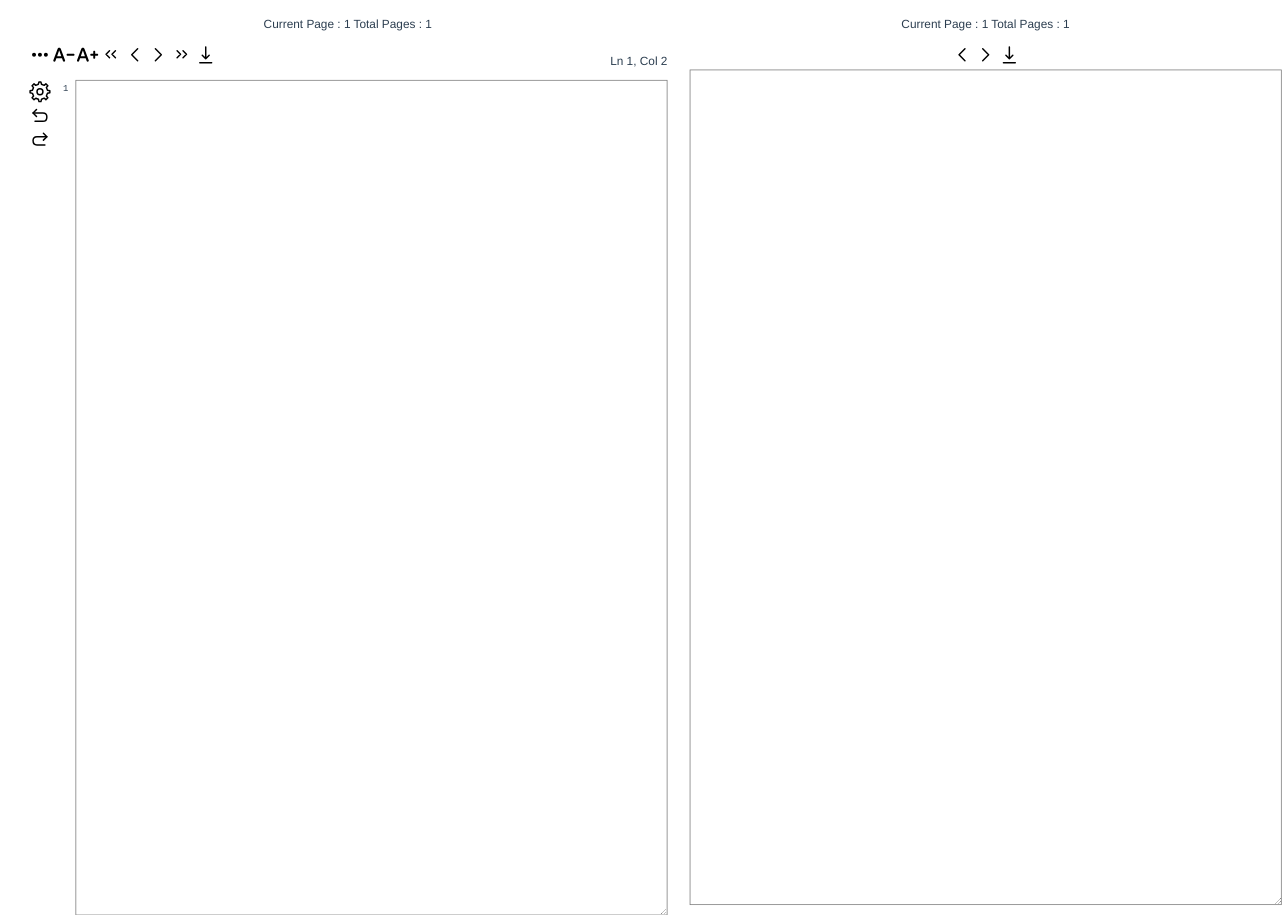
Repository: 321paranoiawhy/online-resume
Page: /
The author's editor kept a copy of each file at every save. The page is drawn from the files as they stood at one save, then again after the next save.
The browser window is 1280 px wide. The page is 1732 px wide, so the pictures cover 1732 px, including what lies to the right of the window. The pictures show the whole page, at 74% of full size.
The project was rebuilt for these pictures with package versions that can differ from the ones it lists, and the page was loaded fresh each time. Also part of the build but not shown: vue.config.js, src/components/Header.vue, src/components/Introduction.vue, src/components/Footer.vue.

Above is the page before, as saved 2022-05-29 14:14:08.

### src/main.js
import { createApp } from 'vue'
import App from './App.vue'
import router from './router'
import store from './store'

// 引入公共样式 common.css
import './css/common.css'
createApp(App).use(store).use(router).mount('#app')

### src/App.vue
<template>
    <router-view />
</template>

<style lang="scss">
html,
body,
#app {
    height: 100%;
}
#app {
    font-family: Avenir, Helvetica, Arial, sans-serif;
    -webkit-font-smoothing: antialiased;
    -moz-osx-font-smoothing: grayscale;
    text-align: center;
    color: #2c3e50;
}
</style>

### src/store/index.js
import { createStore } from 'vuex'

export default createStore({
  state: {
    // 示例
    example: 0,
    leftColumn: 0,
    rightColumn: 0,
  },
  getters: {
  },
  mutations: {
    // 示例
    // 组件提交和获取前, 需
    // 1. import {useStore} from "vuex";
    // 2. const store = useStore();
    // 组件提交 store.commit("getExample",commitValue);
    // 组件获取 store.state.example
    // setup() 函数 最后 return {store}
    getExample(state, data) {
      state.example = data;
    },
    // 右边 当前列数
    // 组件提交 store.commit("getLeftColumn")
    getLeftColumn(state, data) {
      state.leftColumn = data;
    },
    // 右边 当前列数
    getRightColumn(state, data) {
      state.rightColumn = data;
    },
  },
  actions: {
  },
  modules: {
  }
})

### src/css/common.css
textarea.left-textarea {
    width: 210mm; /* 210 * 96 / 25.4 = 793.7 px */
    height: 297mm; /* 297 * 96 / 25.4 = 1122.52 px */
    /* 字体大小 */
    font-size: 12px;
    /* 行高 */
    line-height: 18px;
    /* 统一各浏览器下 textarea 盒模型 */
    margin: 0;
    border-width: 1px;
    padding: 2px;
}
textarea.right-textarea {
    /* 1 in = 25.4 mm = 96 px */
    width: 210mm; /* 210 * 96 / 25.4 = 793.7 px */
    height: 297mm; /* 297 * 96 / 25.4 = 1122.52 px */
    /* 统一各浏览器下 textarea 盒模型 */
    margin: 0;
    border-width: 1px;
    padding: 2px;
}
img {
    width: 32px;
    height: 32px;
    cursor: pointer;
}

### src/views/HomeView.vue
<template>
    <!-- <TopHeader></TopHeader> -->
    <!-- <Introduction></Introduction> -->
    <div class="main-flex">
        <LeftInput class="left-input"></LeftInput>
        <RightOutput></RightOutput>
    </div>
    <!-- <BottomFooter></BottomFooter> -->
</template>

<script>
// @ is an alias to /src
import TopHeader from "@/components/Header.vue";
import Introduction from "@/components/Introduction.vue";
import LeftInput from "@/components/LeftInput.vue";
import RightOutput from "@/components/RightOutput.vue";
import BottomFooter from "@/components/Footer.vue";

// 功能拆解
// 下载源码和渲染结果文件(HTML&CSS, PDF, DOCX), 使用 Pandoc
// LaTeX 语法支持 (引入 MathJax)
// JavaScript 实现 解析
// common.css 负责特定样式
// 切换主题或者切换模板
// 主题 白天 黑夜
// 模板 暂定唯一模板 后续定制更多模板 (寻找优雅的 resume 模板)
// autosave
// localstorage

export default {
    name: "HomeView",
    components: {
        TopHeader,
        Introduction,
        LeftInput,
        RightOutput,
        BottomFooter,
    },
};
</script>

<style scoped lang="scss">
div.main-flex {
    display: flex;
    width: fit-content;
    & .left-input {
        margin-left: 30px;
        margin-right: 30px;
    }
}
</style>

### src/components/LeftInput.vue
<template>
    <div class="left-input-flex-column">
        <p>
            Current Page : {{ currentInputPage }} Total Pages :
            {{ totalInputPage }}
        </p>
        <!-- <p>Ln {{ currentLine }}, Col {{ currentColumn }}</p> -->
        <div class="top-flex">
            <img
                v-for="(item, index) in leftInputImage"
                :key="index"
                :src="require('../assets/images/' + item.img_src + '.svg')"
                alt=""
            />
            <p @click="gotoLnAndCol">Ln 1, Col 2</p>
        </div>

        <div class="flex">
            <!-- 侧边工具栏 -->
            <Sidebar></Sidebar>
            <!-- 左侧显示 行号 -->
            <ul>
                <li v-for="(item, index) in lineNumbersArray" :key="index">
                    {{ item }}
                </li>
            </ul>
            <!-- input textarea -->
            <textarea
                spellcheck="true"
                class="left-textarea"
                ref="input"
                @input="compileInput"
            ></textarea>
        </div>
    </div>
</template>

<script>
import leftInputImage from "/public/data/leftInputImage.json";
import Sidebar from "@/components/Sidebar.vue";
import { ref } from "@vue/reactivity";
import { onMounted } from "@vue/runtime-core";
import { useStore } from "vuex";

export default {
    name: "LeftInput",
    components: {
        Sidebar,
    },
    setup() {
        let currentInputPage = 1;
        let totalInputPage = 1;
        let input = ref(null);
        const store = useStore();
        // vue2 this.$refs.input 获取到 DOM 元素
        // vue3 mounted 后方可获取到 DOM 元素
        onMounted(() => {
            // console.log(input.value);
            // console.log(input.value.value);
            // console.log(input.value.value.length);
            // store.commit("getLeftLine", 0);
        });
        let lineNumbersArray = ref([1]);
        let compileInput = () => {
            console.log(input.value.value.split("\n"));
            lineNumbersArray.value = Array.from(
                { length: input.value.value.split("\n").length },
                (_, index) => index + 1
            );
        };
        let gotoLnAndCol = () => {};
        return {
            leftInputImage,
            currentInputPage,
            totalInputPage,
            input,
            store,
            lineNumbersArray,
            compileInput,
            gotoLnAndCol,
        };
    },
};
</script>

<style scoped lang="scss">
.left-input-flex-column {
    display: flex;
    flex-direction: column;
    & div.flex {
        display: flex;
    }
    & ul li {
        list-style-type: none;
    }
    & ul {
        margin: 3px 10px 0 15px;
        padding: 0;
        // 字体大小
        font-size: 12px;
        // 行高
        line-height: 18px;
        font-family: monospace;
    }
    & div.top-flex {
        display: flex;
        // margin: auto;
        & p {
            margin-left: auto;
        }
    }
}
</style>

### src/components/RightOutput.vue
<template>
    <div class="right-output-flex-column">
        <p>
            Current Page : {{ currentOutputPage }} Total Pages :
            {{ totalOutputPage }}
        </p>
        <div>
            <img
                v-for="(item, index) in rightOutputImage"
                :key="index"
                :src="require('../assets/images/' + item.img_src + '.svg')"
                alt=""
            />
        </div>
        <textarea spellcheck="true" class="right-textarea"></textarea>
    </div>
</template>

<script>
import rightOutputImage from "/public/data/rightOutputImage.json";
export default {
    name: "RightInput",
    setup() {
        let currentOutputPage = 1;
        let totalOutputPage = 1;
        return {
            currentOutputPage,
            totalOutputPage,
            rightOutputImage,
        };
    },
};
</script>

<style scoped lang="scss">
.right-ouput-flex-column {
    display: flex;
    flex-direction: column;
}
</style>

### public/data/leftInputImage.json
[
    {
        "img_src": "IcRoundMoreHoriz"
    },
    {
        "img_src": "IcRoundTextDecrease"
    },
    {
        "img_src": "IcRoundTextIncrease"
    },
    {
        "img_src": "IconoirFastArrowLeft"
    },
    {
        "img_src": "IconoirNavArrowLeft"
    },
    {
        "img_src": "IconoirNavArrowRight"
    },
    {
        "img_src": "IconoirFastArrowRight"
    },
    {
        "img_src": "IconoirDownload"
    }
]

### src/components/Sidebar.vue
<template>
    <div class="sidebar-flex-column">
        <img
            v-for="(item, index) in sidebarImage"
            :key="index"
            :src="require('../assets/images/' + item.img_src + '.svg')"
            alt=""
        />
    </div>
</template>

<script>
// 引入图片 json 数据文件
import sidebarImage from "/public/data/sidebarImage.json";

export default {
    name: "Sidebar",
    setup() {
        return {
            sidebarImage,
        };
    },
};
</script>

<style scoped lang="scss">
.sidebar-flex-column {
    display: flex;
    flex-direction: column;
    width: fit-content;
    height: fit-content;
}
</style>

### public/data/rightOutputImage.json
[
    {
        "img_src": "IconoirNavArrowLeft"
    },
    {
        "img_src": "IconoirNavArrowRight"
    },
    {
        "img_src": "IconoirDownload"
    }
]

### public/data/sidebarImage.json
[
    {
        "img_src": "IconoirSettings"
    },
    {
        "img_src": "IconoirUndo"
    },
    {
        "img_src": "IconoirRedo"
    }
]

Loaded but not shown: public/index.html (common file); src/router/index.js (common file)

After the next save:
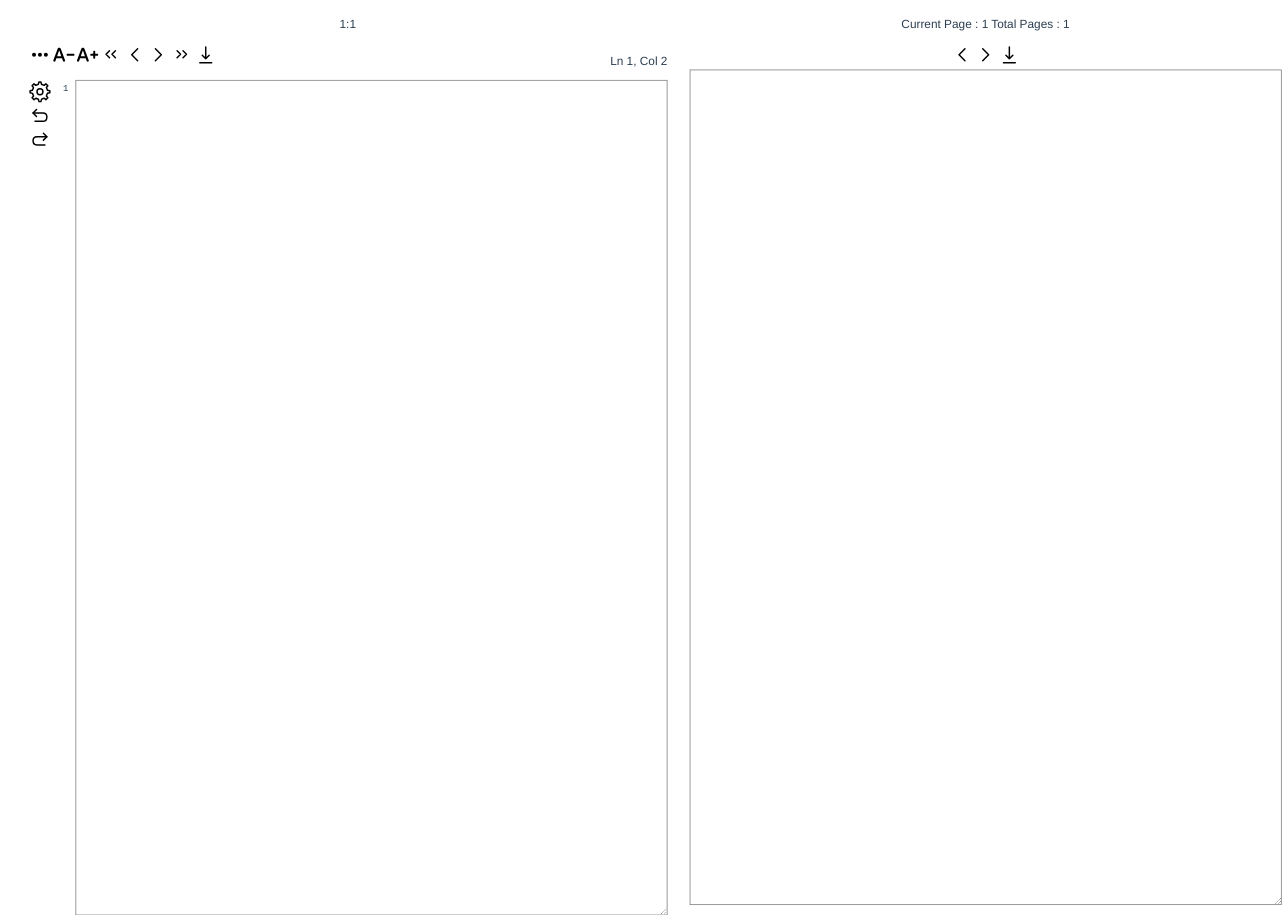
Saved 70 s later.
--- a/src/components/LeftInput.vue
+++ b/src/components/LeftInput.vue
@@ -1,9 +1,6 @@
 <template>
     <div class="left-input-flex-column">
-        <p>
-            Current Page : {{ currentInputPage }} Total Pages :
-            {{ totalInputPage }}
-        </p>
+        <p>{{ currentInputPage }}:{{ totalInputPage }}</p>
         <!-- <p>Ln {{ currentLine }}, Col {{ currentColumn }}</p> -->
         <div class="top-flex">
             <img
